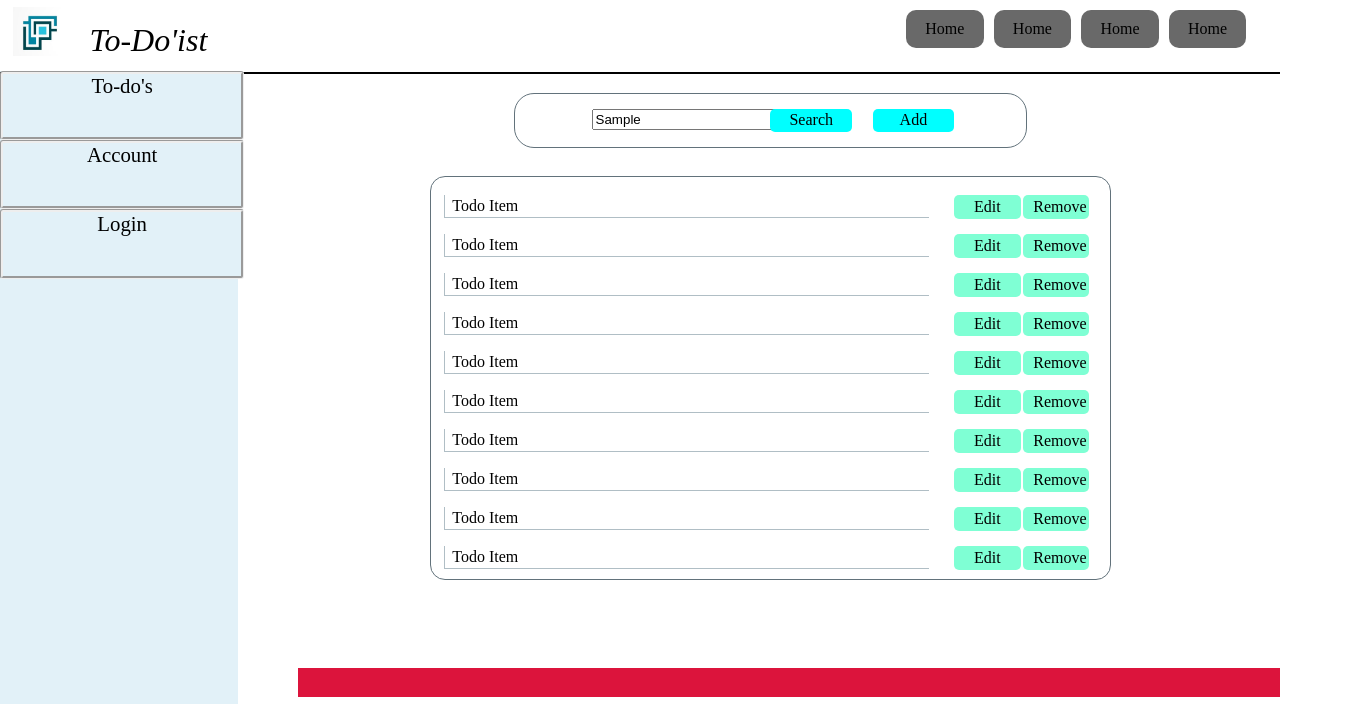
Repository: tavisca-pkadam/Todo-Website
Page: home_grid.html
The author's editor kept a copy of each file at every save. The page is drawn from the files as they stood at one save, then again after the next save.
The browser window is 1280 px wide. The page is 1370 px wide, so the pictures cover 1370 px, including what lies to the right of the window. The pictures show the whole page.
Empty fields were first filled with sample values (such as "Sample", 5 or name@example.com).
After loading, the first visible `#todo_content_add` was clicked once.
An inner scrolling area shows only its first screen.

Above is the page before, as saved 2019-08-21 05:32:16.
Console error: ReferenceError: visible is not defined

After the next save:
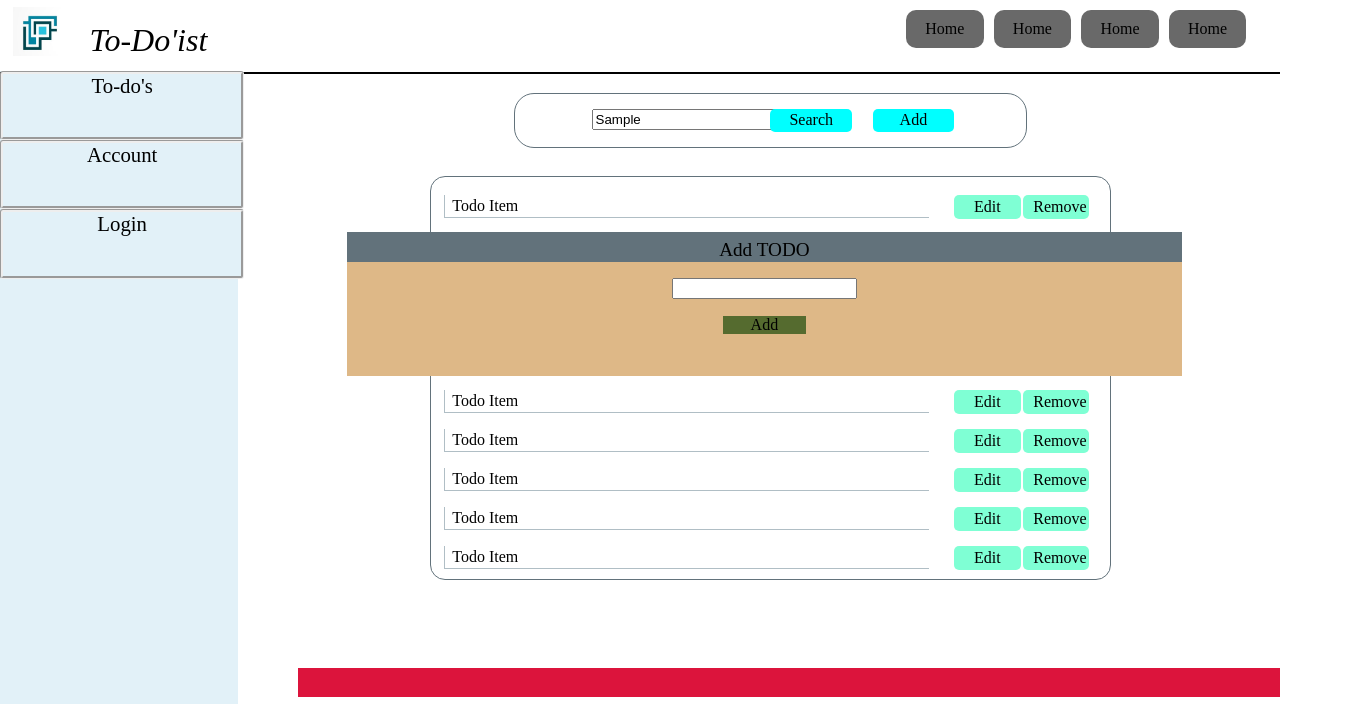
The error is gone.
Saved 14 s later.
--- a/scripts/main.js
+++ b/scripts/main.js
@@ -5,5 +5,5 @@ localStorage.setItem("todoDictionary", todoDictionary)
 
 document.getElementById("todo_content_add").onclick= () => {
     console.log("todo_content_add clicked")
-    document.getElementById("todo_add_modal").style.visibility = visible;
+    document.getElementById("todo_add_modal").style.visibility = "visible";
 };
